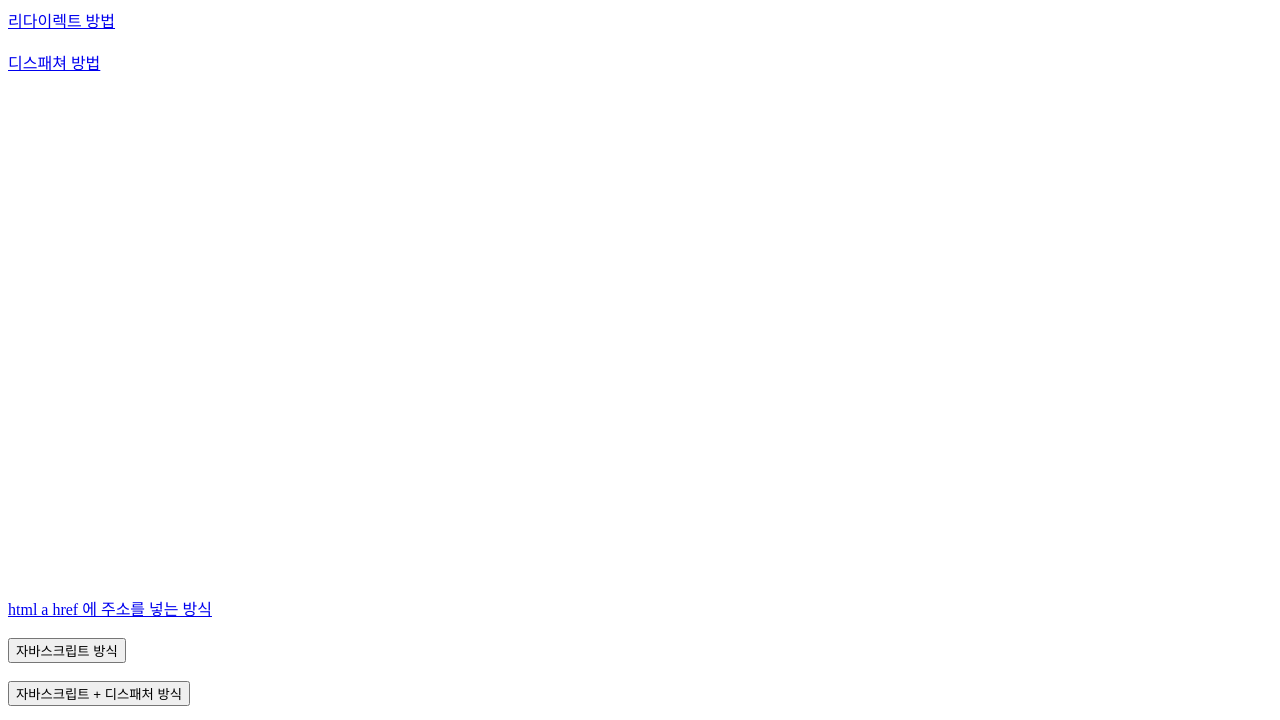
Repository: jaybon1/satstudy
Page: http://localhost/satBlog/
The author's editor kept a copy of each file at every save. The page is drawn from the files as they stood at one save, then again after the next save.
The browser window is 1280 px wide. The pictures show the whole page.
The page is served by Tomcat 9.

Above is the page before, as saved 2020-05-29 17:42:25.

### satBlog/WebContent/index.jsp
<%@ page language="java" contentType="text/html; charset=UTF-8"
    pageEncoding="UTF-8"%>
<!DOCTYPE html>
<html>
<head>
<meta charset="UTF-8">
<title>Insert title here</title>

	<script>
		function move() {
			location.href="first.jsp";
		}

		function move1() {
			location.href="/satBlog/test?cmd=di";
		}
	</script>

</head>
<body>



	<a href="/satBlog/test?cmd=re">리다이렉트 방법</a>

	<br/>
	<br/>

	<a href="/satBlog/test?cmd=di">디스패쳐 방법</a>

	<br/>
	<br/>
	<br/>
	<br/>
	<br/>
	<br/>
	<br/>
	<br/>
	<br/>
	<br/>
	<br/>
	<br/>
	<br/>
	<br/>
	<br/>
	<br/>
	<br/>
	<br/>
	<br/>
	<br/>
	<br/>
	<br/>
	<br/>
	<br/>
	<br/>
	<br/>
	<br/>
	<br/>
	<br/>
	<br/>


	<a href="first.jsp">html a href 에 주소를 넣는 방식</a>

	<br/>
	<br/>


	<input type="button" onclick="move()" value="자바스크립트 방식">

	<br/>
	<br/>

	<input type="button" onclick="move1()" value="자바스크립트 + 디스패처 방식">

</body>
</html>

After the next save:
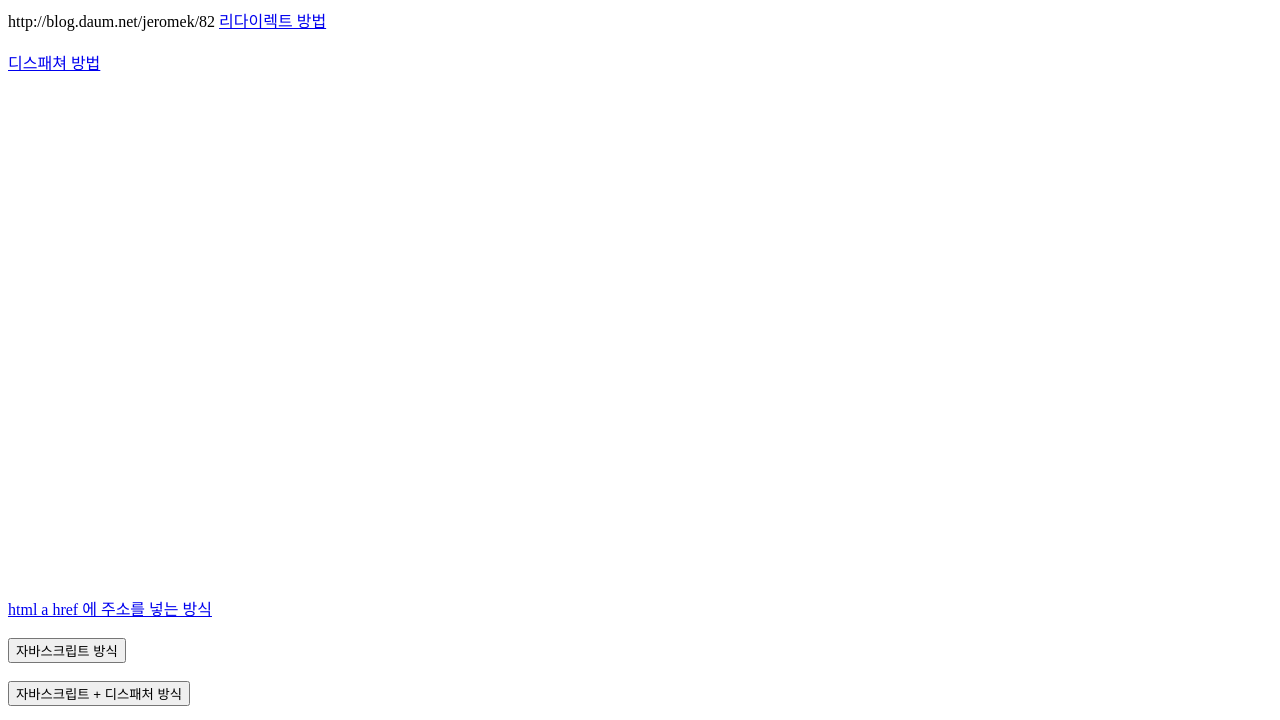
Saved 11 s later.
--- a/satBlog/WebContent/index.jsp
+++ b/satBlog/WebContent/index.jsp
@@ -19,7 +19,7 @@
 </head>
 <body>
 
-
+http://blog.daum.net/jeromek/82
 
 	<a href="/satBlog/test?cmd=re">리다이렉트 방법</a>
 

After the save that followed:
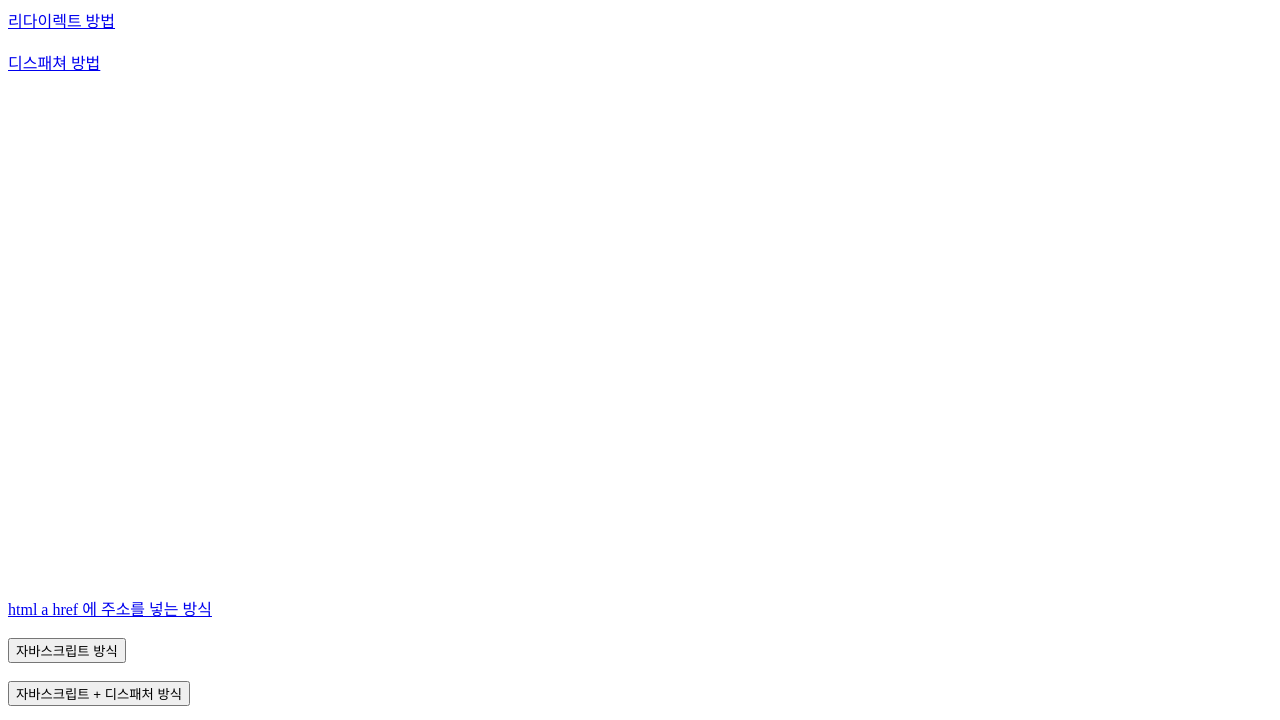
Saved 16 s later.
--- a/satBlog/WebContent/index.jsp
+++ b/satBlog/WebContent/index.jsp
@@ -18,8 +18,6 @@
 
 </head>
 <body>
-
-http://blog.daum.net/jeromek/82
 
 	<a href="/satBlog/test?cmd=re">리다이렉트 방법</a>
 
